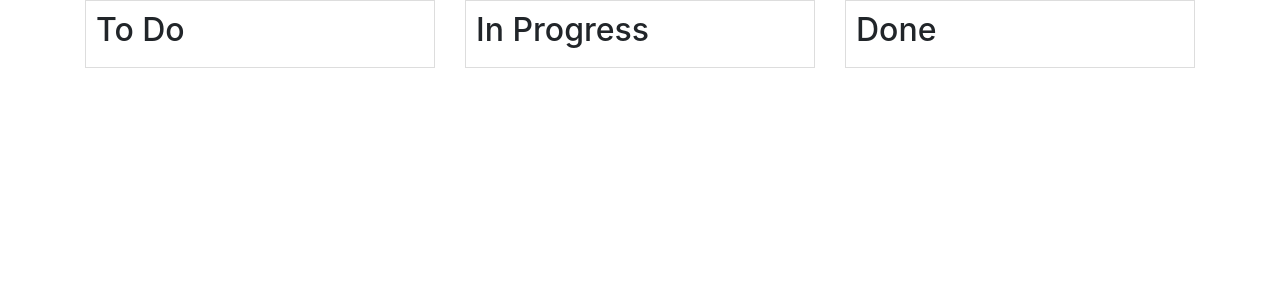
Repository: ZakariaZhlat125/test-rar-it
Page: http://localhost/
These files come from the project's save history. The page is drawn as it stood at one moment and after the next save; the edit follows.
The browser window is 1280 px wide. The pictures show the whole page.
Some web libraries are served in a nearby version. The page is run by PHP 8.4 with error messages shown; the project is at /var/www/html/.

Above is the page before, as saved 2024-03-01 18:14:18.

After the next save:
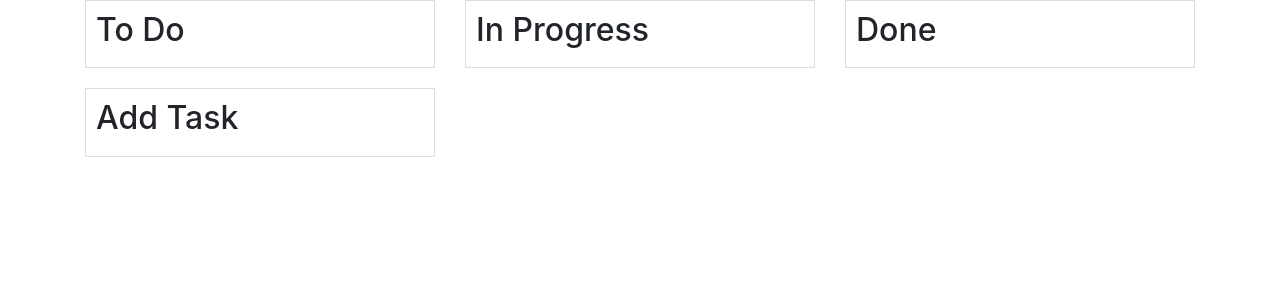
Saved 2 min 7 s later.
--- a/index.php
+++ b/index.php
@@ -26,6 +26,11 @@
         <h2>Done</h2>
       </div>
     </div>
+    <div class="col-md-4">
+  <div id="add-task" class="task-list" ondrop="drop(event)" ondragover="allowDrop(event)">
+    <h2>Add Task</h2>
+  </div>
+</div>
   </div>
 </div>
 
